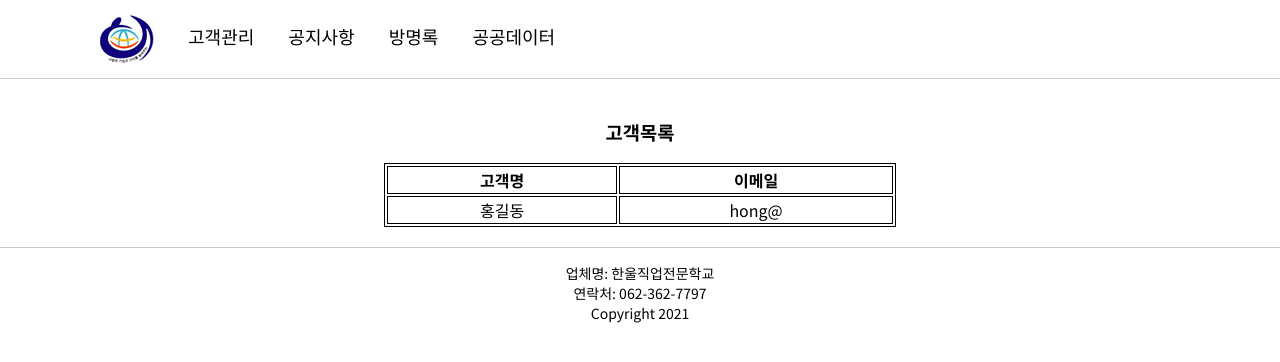
Repository: JSY93/spring-web
Page: http://localhost/iot/WEB-INF/views/customer/list.jsp
These files come from the project's save history. The page is drawn as it stood at one moment and after the next save; the edit follows.
The browser window is 1280 px wide. The pictures show the whole page.
The page is served by Tomcat 9. Nobody is signed in. The template is opened directly, without the code that normally fills it, so the values that code supplies are empty.

Above is the page before, as saved 2021-01-08 06:44:59.

After the next save:
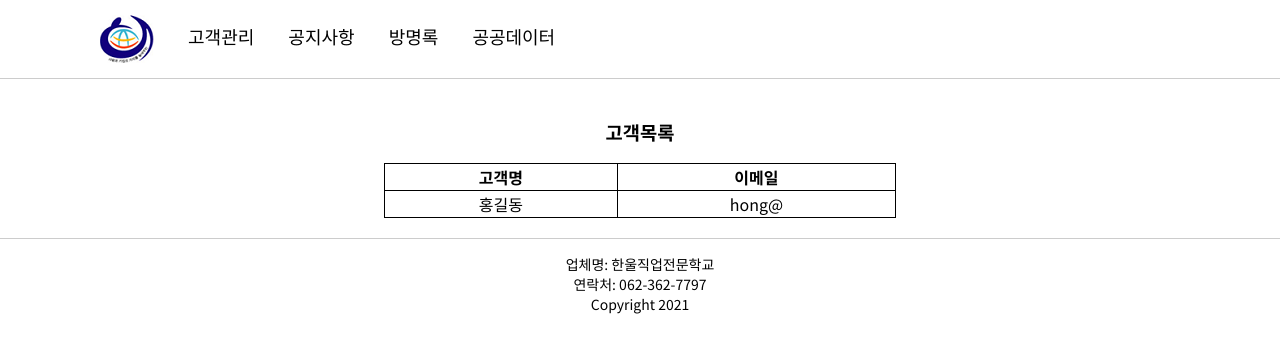
Saved 24 s later.
--- a/Study_Spring/iot/src/main/webapp/resources/css/common.css
+++ b/Study_Spring/iot/src/main/webapp/resources/css/common.css
@@ -14,6 +14,7 @@ table {
 	width:80%;
 	margin:0 auto;
 	border:1px solid;
+	border-collapse:collapse;
 }
 table th, table td { border:1px solid; }
 
